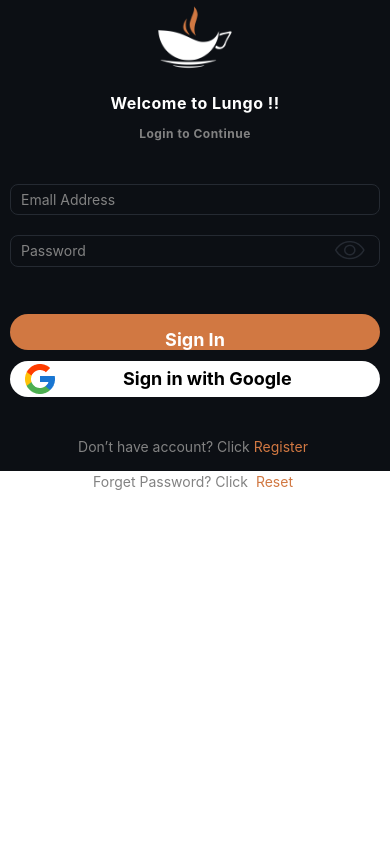
Repository: nguoilaisaochoi/App-coffe
Screen: /
The author's editor kept a copy of each file at every save. The screen is drawn from the files as they stood at one save, then again after a run of saves.
The app was drawn by React Native's web renderer in a window 390 px wide. The project was rebuilt for these pictures with package versions that can differ from the ones it lists, and the page was loaded fresh each time.

Above is the screen before, as saved 2024-01-12 21:07:10.

After the next 3 saves:
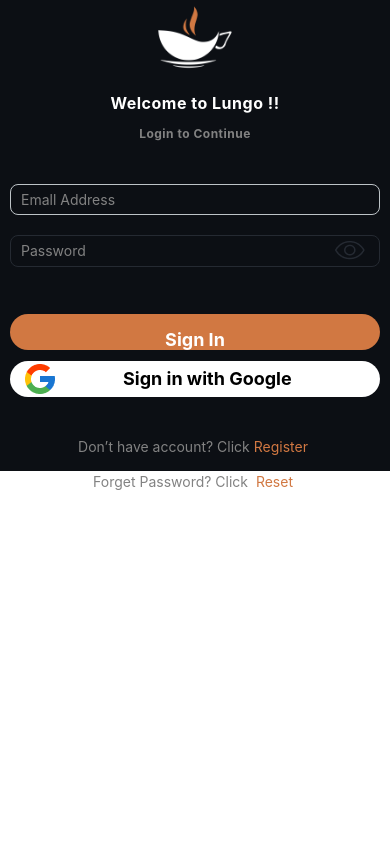
The 3 saves are shown as one change because 1 did not build or start and some came seconds apart.
The last was saved 42 s later.
--- a/src/Login.js
+++ b/src/Login.js
@@ -109,7 +109,7 @@
     borderRadius: 8,
     borderWidth: 1,
     marginBottom: 10,
-    borderColor: '#252A32',
+    borderColor: '#bdc3c7',
     padding: 10,
     height: '7%',
   },
